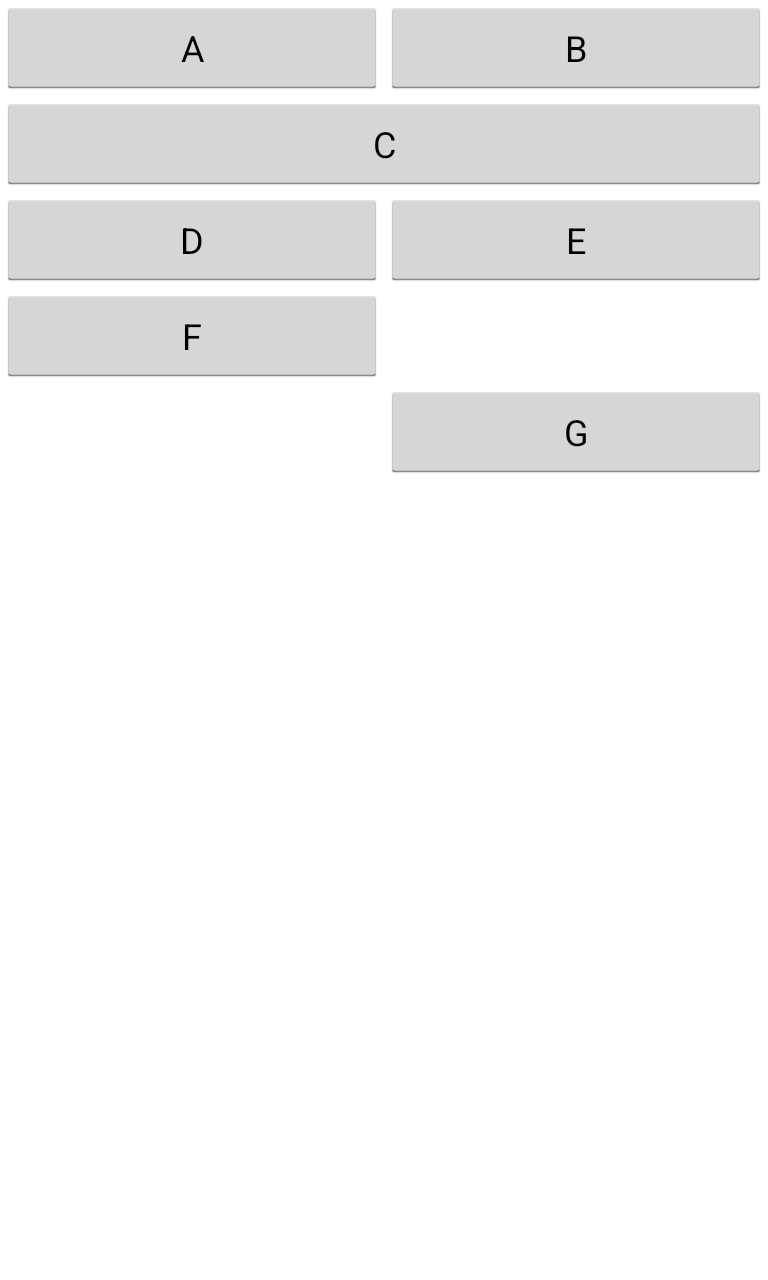
Repository: iracom/ejercicios-android
Layout: Layouts/res/layout/activity_relative.xml
These files come from the project's save history. The layout is drawn as it stood at one moment and after the next save; the edit follows.
It is drawn on a 768 x 1280 px phone screen (xhdpi) without system bars, with theme AppTheme; the app's code is not run.

Above is the layout before, as saved 2014-05-07 07:54:19.

After the next save:
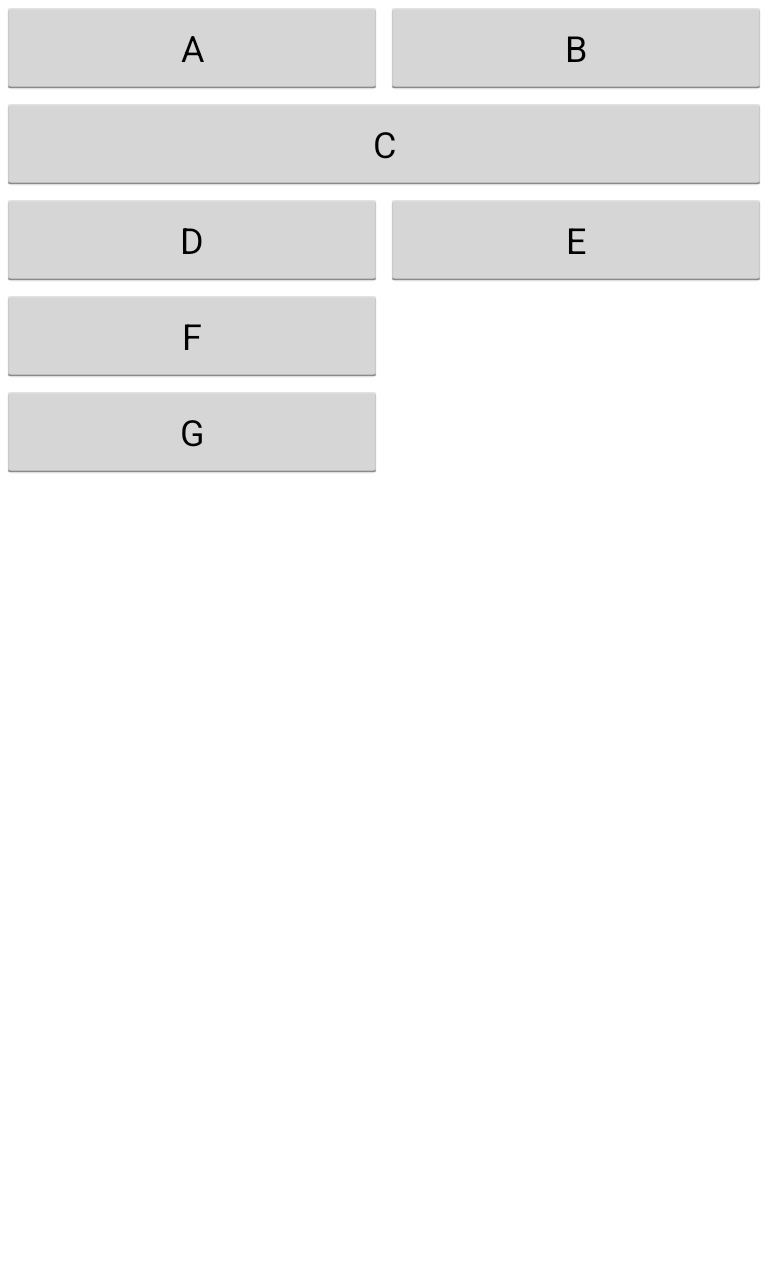
Saved 16 s later.
--- a/Layouts/res/layout/activity_relative.xml
+++ b/Layouts/res/layout/activity_relative.xml
@@ -84,8 +84,8 @@
             android:layout_width="match_parent"
             android:layout_height="wrap_content"
             android:layout_below="@id/button6"
-            android:layout_alignParentRight="true"
-            android:layout_alignLeft="@id/textView3"
+            android:layout_alignParentLeft="true"
+            android:layout_alignRight="@id/textView3"
             android:text="@string/button_g" />
 
 </RelativeLayout>
